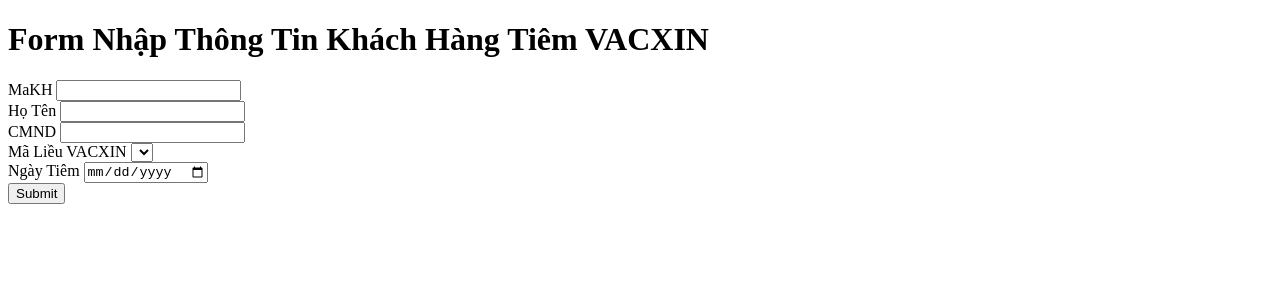
Repository: trandangtin2003/vku_docu
Page: http://localhost/form
The author's editor kept a copy of each file at every save. The page is drawn from the files as they stood at one save, then again after the next save.
The browser window is 1280 px wide. The pictures show the whole page.
The page is this project's Thymeleaf template; nobody is signed in. The template is opened directly, without the code that normally fills it, so the values that code supplies are empty.

Above is the page before, as saved 2023-12-30 01:25:20.

After the next save:
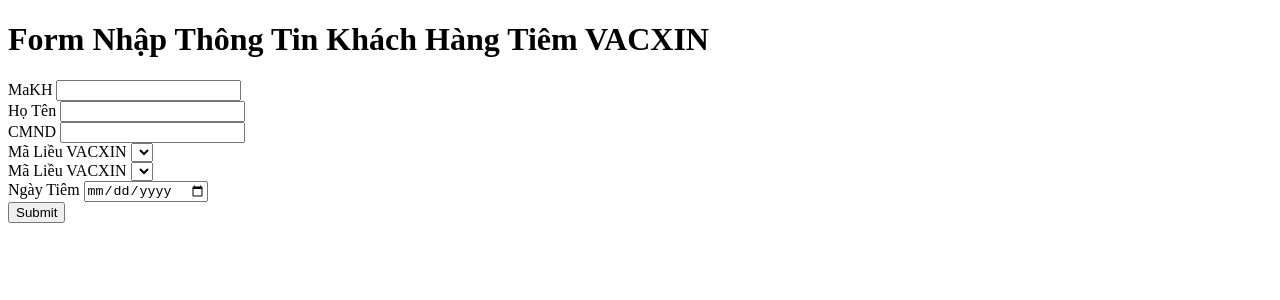
Saved 5 min 18 s later.
--- a/21IT176_TranDangTin_javaWeb/src/main/resources/templates/form.html
+++ b/21IT176_TranDangTin_javaWeb/src/main/resources/templates/form.html
@@ -43,6 +43,14 @@
 				</select>
 			</div>
 
+			<div class="form-group">
+				<label for="maLieuVX">Mã Liều VACXIN</label>
+				<select class="form-control" id="maLieuVX" th:field="*{maLieuVX}" required>
+					<option value="" th:each="vacxin : ${vacxins}" th:value="${vacxin.maLieuVX}"
+						th:text="${vacxin.maLieuVX}">Chọn liều VACXIN</option>
+				</select>
+			</div>
+
 			<!-- ComboBox cho MaNganh -->
 			<!--<div class="form-group">
 				<label for="maNganh">Mã Ngành</label>
